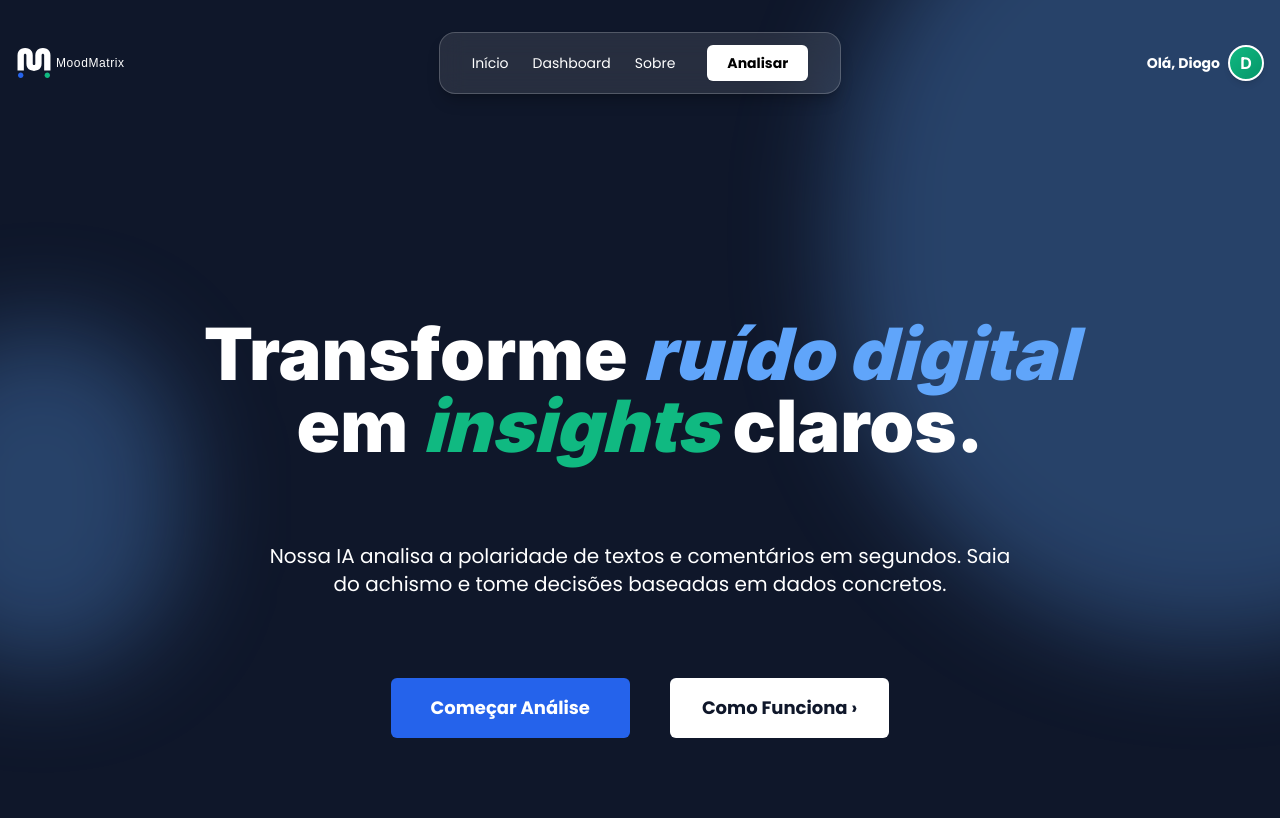
Repository: Hackaton-ONE/hackathon-Frontend
Page: /
An editor plug-in stored every save of this project. The page is shown before and after the next save, followed by the edit.
The browser window is 1280 px wide. The pictures show the whole page.
Some web fonts or font styles are not loaded; a fallback is used. The project was rebuilt for these pictures with package versions that can differ from the ones it lists, and the page was loaded fresh each time. The framework's server and built-in components were replaced by stand-ins that run in the browser. Also part of the build but not shown: next.config.ts.

Above is the page before, as saved 2026-01-02 13:05:54.

### app/layout.tsx
import type { Metadata } from "next";
import { Inter, Poppins, MuseoModerno } from "next/font/google"; // 1. Importar Poppins
import "./globals.css";


// 2. Configurar Inter
const inter = Inter({
  subsets: ["latin"],
  variable: "--font-inter",
});

// 3. Configurar Poppins (Pesos comuns: 400, 600, 700)
const poppins = Poppins({
  weight: ['400', '600', '700'],
  subsets: ["latin"],
  variable: "--font-poppins",
});

const museo = MuseoModerno({
  subsets: ["latin"],
  variable: "--font-museo",
  display: "swap",
});

export const metadata: Metadata = {
  title: "MoodMatrix",
  description: "Análise de sentimentos com IA",
};

export default function RootLayout({
  children,
}: Readonly<{

  children: React.ReactNode;
}>) {
  return (
    <html lang="pt-br">
      {/* 4. Adicionar ambas as variáveis no body */}
      <body className={`${inter.variable} ${poppins.variable} ${museo.variable} bg-mood-dark text-white font-sans antialiased`}>

        {children}
      </body>
    </html>
  );
}

### app/page.tsx
import { Navbar } from "@/components/Navbar";
import { HeroSection } from "../components/HeroSection";

export default function Home() {
  return (
    <main className="min-h-screen bg-mood-dark text-white selection:bg-neon-green selection:text-mood-dark overflow-x-hidden">
      {/* A Navbar já está no layout.tsx, então não precisa repetir aqui se já colocou lá */}
      <Navbar />
      <HeroSection />

      {/* Aqui virão as próximas seções (Tech Stack, Benefícios, etc.) */}

    </main>
  );
}

### app/globals.css
@tailwind base;
@tailwind components;
@tailwind utilities;

/* Define o fundo padrão do site inteiro e a cor do texto */
body {
  background-color: #0F172A; /* mood.dark */
  color: #ffffff;
  min-height: 100vh;
}

/* Utilitário para o efeito de Vidro (Glassmorphism) */
.glass {
  background: rgba(30, 41, 59, 0.4); /* mood.gray com transparência */
  backdrop-filter: blur(12px);
  -webkit-backdrop-filter: blur(12px);
  border: 1px solid rgba(255, 255, 255, 0.1);
}

/* === PERSONALIZAÇÃO DA BARRA DE ROLAGEM === */

/* 1. Define a largura da barra */
::-webkit-scrollbar {
  width: 8px;
  height: 8px;
}

/* 2. Remove o fundo (Track) */
::-webkit-scrollbar-track {
  background: transparent;
}

/* 3. Cor da barra (Thumb)*/
::-webkit-scrollbar-thumb {
  background-color: #2563EB;
  border-radius: 9999px;
}

/* 4. Efeito ao passar o mouse */
::-webkit-scrollbar-thumb:hover {
  background-color: #60A5FA; /* blue-light */
}

/* 5. Remove as setas (Buttons) */
::-webkit-scrollbar-button {
  display: none;
}

### components/Navbar.tsx
"use client";

import Link from "next/link";
import { useState } from "react";
import { Menu, X } from "lucide-react";
import Image from "next/image";

// Componente NavLink (Link com sublinhado azul)
const NavLink = ({ href, children }: { href: string; children: React.ReactNode }) => (
  <Link
    href={href}
    className="relative group text-white transition-colors font-medium text-sm"
  >
    {children}
    <span className="absolute -bottom-1 left-0 w-0 h-[2px] bg-blue-default transition-all duration-300 ease-out group-hover:w-full" />
  </Link>
);

export function Navbar() {
  const [isOpen, setIsOpen] = useState(false);

  return (
    // Container Principal
    <div className="relative top-0 left-0 w-full z-10 px-4 py-8">

      <div className="max-w-[1600px] mx-auto flex justify-between items-center lg:grid lg:grid-cols-3">

        {/* =======================
            1. LOGO (Coluna 1 - Alinhado à Esquerda)
           ======================= */}
        <div className="flex justify-start">
          <Link href="/" className="flex items-center gap-1 z-50 group">
            <div className="relative w-8 h-8 lg:w-9 lg:h-9 flex items-center justify-center">
              <Image
                src="/logo.svg"
                alt="Logo MoodMatrix"
                fill
                className="object-contain"
              />
            </div>

            <span className="text-white font-medium text-xs font-museo tracking-wider">
              Mood<span>Matrix</span>
            </span>
          </Link>
        </div>

        {/* =======================
            2. PÍLULA CENTRAL (Coluna 2)
            MUDANÇA: 'hidden lg:flex'
            (Escondido em Tablet/Mobile, Flex em Notebook+)
           ======================= */}
        <div className="hidden lg:flex justify-center">
          <nav className="flex items-center gap-8 pl-8 pr-8 py-3 rounded-2xl bg-white/10 backdrop-blur-md border border-white/20 shadow-lg shadow-black/20">
            {/* Links */}
            <div className="flex items-center gap-6 font-poppins font-bold">
              <NavLink href="/">Início</NavLink>
              <NavLink href="/dashboard">Dashboard</NavLink>
              <NavLink href="#sobre">Sobre</NavLink>
            </div>

            {/* Botão Analisar */}
            <Link href="/analisar">
              <button className="bg-white hover:bg-neon-orange text-black font-poppins font-bold text-sm px-5 py-2 rounded-md transition-all duration-200 shadow-sm hover:shadow-md">
                Analisar
              </button>
            </Link>
          </nav>
        </div>

        {/* =======================
            3. AVATAR / MENU (Coluna 3 - Alinhado à Direita)
           ======================= */}
        <div className="flex justify-end items-center gap-4 z-50">

          {/* Avatar (Desktop) */}
          <div className="hidden lg:flex items-center gap-2 pl-4">
            <div className="text-right hidden lg:block">
              <p className="font-poppins text-sm font-bold text-white">Olá, Diogo</p>
            </div>
            <div className="w-9 h-9 rounded-full bg-gradient-to-br from-neon-green to-emerald-600 flex items-center justify-center text-white font-bold border-2 border-white shadow-md">
              D
            </div>
          </div>

          {/* Botão Hambúrguer (Mobile) */}
          <button
            onClick={() => setIsOpen(!isOpen)}
            className="lg:hidden text-white hover:text-neon-blue transition p-1"
          >
            {isOpen ? <X size={28} /> : <Menu size={28} />}
          </button>
        </div>

      </div>

      {/* =======================
          4. MENU MOBILE DROPDOWN
         ======================= */}
      {isOpen && (
        <div className="lg:hidden absolute top-24 left-4 right-4 z-10 bg-mood-dark/95 backdrop-blur-xl border border-white/10 rounded-2xl p-4 shadow-2xl animate-in fade-in slide-in-from-top-5">

          <div className="flex flex-col space-y-1">
            <Link href="/" onClick={() => setIsOpen(false)} className="block px-4 py-3 text-white/90 hover:text-white hover:bg-blue-default rounded-lg transition-colors text-sm font-medium">
              Início
            </Link>
            <Link href="/dashboard" onClick={() => setIsOpen(false)} className="block px-4 py-3 text-white/90 hover:text-white hover:bg-blue-default rounded-lg transition-colors text-sm font-medium">
              Dashboard
            </Link>
            <Link href="#sobre" onClick={() => setIsOpen(false)} className="block px-4 py-3 text-white/90 hover:text-white hover:bg-blue-default rounded-lg transition-colors text-sm font-medium">
              Sobre
            </Link>
          </div>

          <div className="my-3 border-t border-white/10" />

          <Link href="/analisar" onClick={() => setIsOpen(false)}>
            <button className="w-full bg-white hover:bg-neon-orange text-mood-dark border border-white/20 font-poppins font-bold text-sm py-3 rounded-lg transition-all duration-200">
              Analisar
            </button>
          </Link>

          <div className="mt-4 pt-4 border-t border-white/10 flex items-center gap-3">
            <div className="w-8 h-8 rounded-full bg-gradient-to-br from-neon-green to-emerald-600 flex items-center justify-center text-white font-bold text-xs">
              D
            </div>
            <div>
              <p className="text-sm font-bold text-white">Diogo</p>
              <p className="text-xs text-gray-400">diogo@exemplo.com</p>
            </div>
          </div>

        </div>
      )}
    </div>
  );
}

### components/HeroSection.tsx
import Link from "next/link";
import { Button } from "./Button"; // Importando seu botão personalizado

export function HeroSection() {
  return (
    <section className="relative pt-32 lg:pt-48 pb-20 px-4">

      {/* =========================================
          ELEMENTOS DECORATIVOS DE FUNDO (GLOWS)
          ========================================= */}

{/* 1. ELIPSE MAIOR (Direita/Topo)
          x: 946.5, y: -78.06 -> right-0 top-[-78px] (Ajustado para responsivo)
          w: 743.5, h: 817.56 -> w-[743px] h-[817px]
          fill: 60A5FA 30% -> bg-blue-light/30
          blur: 160 -> blur-[160px]
      */}
      <div
        className="
          absolute
          top-[-500px] xl:top-[-300px] lg:top-[-250px]
          right-[-600px] lg:right-[-100px] xl:right-[-300px] /* Ajuste fino para telas diferentes */
          w-[743px]
          h-[817px]
          bg-blue-light/30
          blur-[50px]
          rounded-full
          z-100
          pointer-events-none
        "
      />

      {/* 2. ELIPSE MENOR (Esquerda/Baixo)
          x: -90, y: 546 -> left-[-90px] top-[546px]
          w: 282, h: 343 -> w-[282px] h-[343px]
          fill: 60A5FA 30% -> bg-blue-light/30
          blur: 160 -> blur-[160px]
      */}
      <div
        className="
          absolute
          top-[300px] lg:top-[200px] 2xl:top-[400px]
          left-[-200px] lg:left-[-100px] 2xl:left-[-100px]
          w-[282px]
          h-[343px]
          bg-blue-light/30
          blur-[50px]
          rounded-full
          z-100
          pointer-events-none
        "
      />


      {/* =========================================
          CONTEÚDO PRINCIPAL
          ========================================= */}
      <div className="relative z-100 max-w-7xl mx-auto text-center flex flex-col items-center">

        {/* TÍTULO */}
        <h1 className="font-inter font-black text-4xl md:text-6xl lg:text-7xl 2xl:text-8xl leading-tight text-white mb-8 md:mb-14 lg:mb-20 max-w-7xl">
          Transforme <span className="italic text-blue-light">ruído digital</span> <br className="hidden md:block" />
          em <span className="italic text-neon-green">insights</span> claros.
        </h1>

        {/* SUBTÍTULO */}
        <p className="font-poppins font-light text-white text-base md:text-xl mb-8 md:mb-14 lg:mb-20 max-w-3xl">
          Nossa IA analisa a polaridade de textos e comentários em segundos. Saia do achismo e tome decisões baseadas em dados concretos.
        </p>

        {/* BOTÕES DE AÇÃO (CTA) */}
        <div className="flex flex-col sm:flex-row gap-10 w-full sm:w-auto">
          <Link href="/analisar">
            <Button variant="primary" className="w-full sm:w-auto text-lg px-8 lg:px-10 py-4 bg-blue-default hover:bg-neon-green font-poppins">
              Começar Análise
            </Button>
          </Link>

          <Link href="#como-funciona">
            <Button variant="outline" className="w-full sm:w-auto text-lg px-8 py-4 bg-white  font-poppins">
              Como Funciona ›
            </Button>
          </Link>
        </div>

      </div>
    </section>
  );
}

### components/Button.tsx
import React from "react";

interface ButtonProps extends React.ButtonHTMLAttributes<HTMLButtonElement> {
  variant?: "primary" | "outline" | "ghost";
  children: React.ReactNode;
}

export function Button({ variant = "primary", className = "", children, ...props }: ButtonProps) {

  const baseStyles = "px-6 py-3 rounded-md font-bold transition-all duration-200 flex items-center justify-center gap-2 active:scale-[0.98]";

  const variants = {
    primary: "text-white active:translate-y-1",

    // Outline (Borda simples)
    outline: "text-mood-dark",

    // Ghost (Transparente)
    ghost:   "bg-transparent text-gray-400 hover:text-white hover:bg-white/5",
  };

  return (
    <button
      className={`${baseStyles} ${variants[variant]} ${className}`}
      {...props}
    >
      {children}
    </button>
  );
}

### tailwind.config.ts
/** @type {import('tailwindcss').Config} */
const config = {
  // Configuração de onde o Tailwind procura as classes
  content: [
    "./app/**/*.{js,ts,jsx,tsx,mdx}",
    "./pages/**/*.{js,ts,jsx,tsx,mdx}",
    "./components/**/*.{js,ts,jsx,tsx,mdx}",
    "./src/app/**/*.{js,ts,jsx,tsx,mdx}",
    "./src/pages/**/*.{js,ts,jsx,tsx,mdx}",
    "./src/components/**/*.{js,ts,jsx,tsx,mdx}",
  ],
  theme: {
    extend: {
      colors: {
        white: "#FFFFFF",
        mood: {
          dark: "#0F172A", // Fundo Azul Escuro
          nav: "#FFFFFF",  // Base para Navbar
        },
        blue: {
          light: "#60A5FA",   // Azul Claro
          default: "#2563EB", // Azul Padrão
          dark: "#1E3A8A",    // Azul Escuro
        },
        neon: {
          green: "#10B981",
          red: "#B91C1C",
          orange: "#F59E0B",
        },
      },
      fontFamily: {
        sans: ['var(--font-inter)', 'sans-serif'],
        poppins: ['var(--font-poppins)', 'sans-serif'],
        museo: ['var(--font-museo)', 'sans-serif'],
      },
      backgroundImage: {
        // Gradientes de Seta e Barra de Progresso
        'gradient-pos': 'linear-gradient(to right, #2563EB, #10B981)',
        'gradient-neg': 'linear-gradient(to right, #B91C1C, #F59E0B)',

        // Gradientes Sutis para os Cards (Glassmorphism)
        'card-blue': 'linear-gradient(180deg, rgba(255, 255, 255, 0) 0%, rgba(96, 165, 250, 0.05) 100%)',
        'card-green': 'linear-gradient(180deg, rgba(255, 255, 255, 0) 0%, rgba(16, 185, 129, 0.05) 100%)',
        'card-red': 'linear-gradient(180deg, rgba(255, 255, 255, 0) 0%, rgba(185, 28, 28, 0.05) 100%)',
        'card-orange': 'linear-gradient(180deg, rgba(255, 255, 255, 0) 0%, rgba(245, 158, 11, 0.05) 100%)', // NOVO
      }
    },
  },
  plugins: [],
};

export default config;

After the next save:
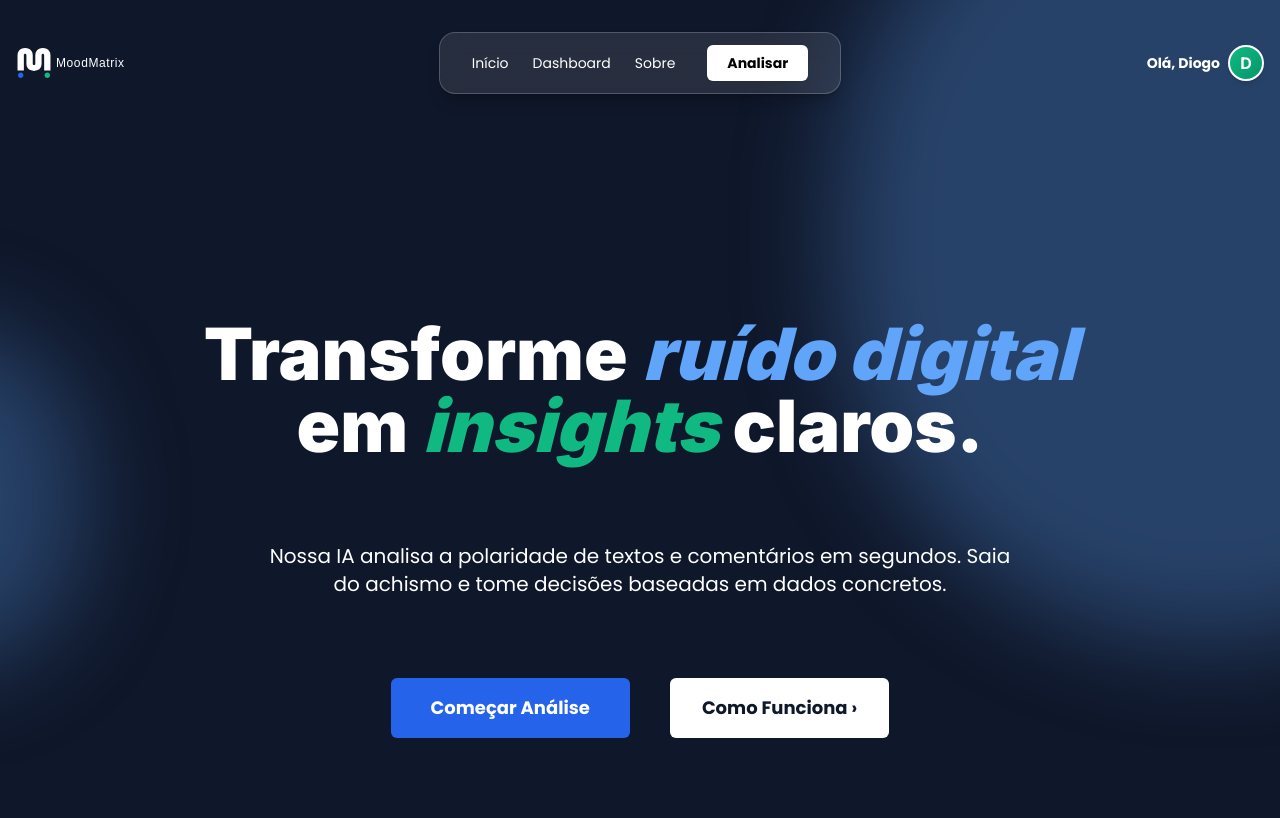
Saved 6 s later.
--- a/components/HeroSection.tsx
+++ b/components/HeroSection.tsx
@@ -40,7 +40,7 @@
         className="
           absolute
           top-[300px] lg:top-[200px] 2xl:top-[400px]
-          left-[-200px] lg:left-[-100px] 2xl:left-[-100px]
+          left-[-200px]  2xl:left-[-100px]
           w-[282px]
           h-[343px]
           bg-blue-light/30

After the save that followed:
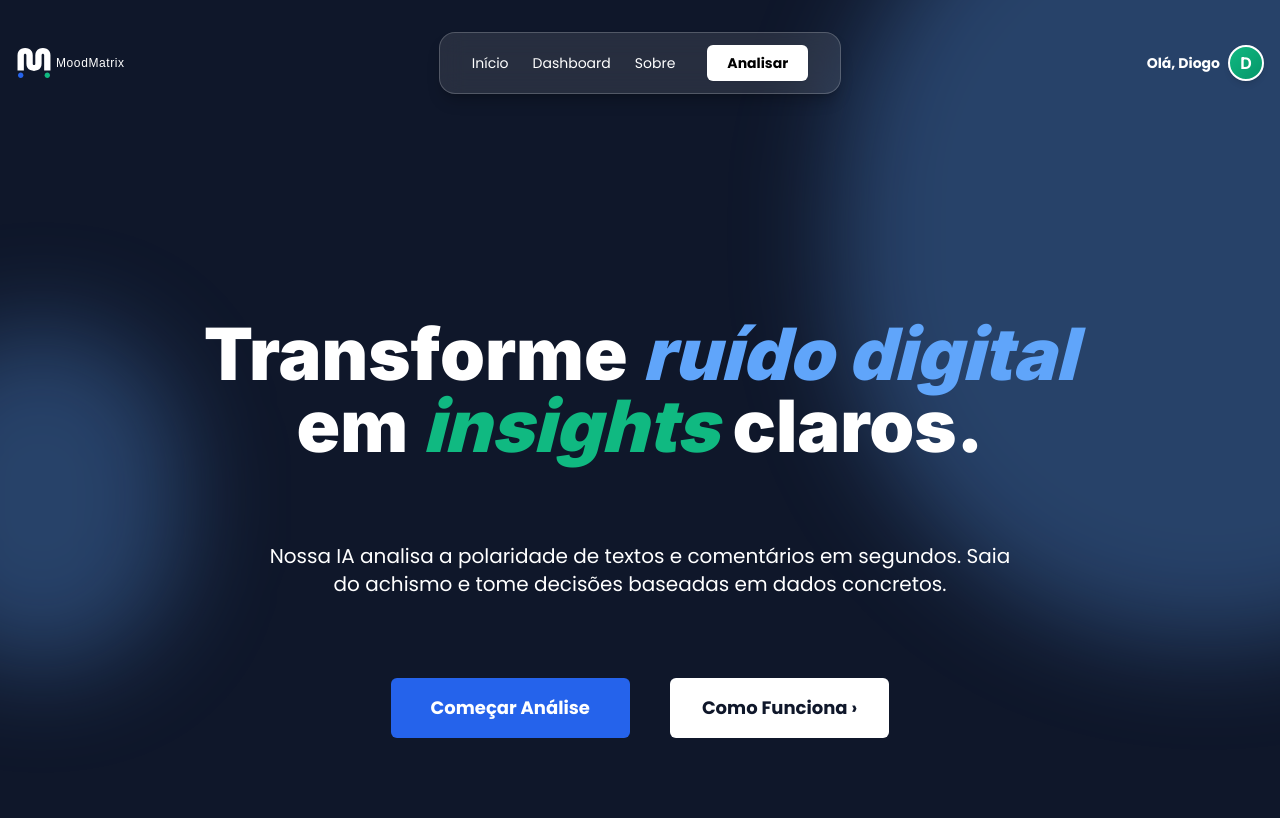
Saved 4 s later.
--- a/components/HeroSection.tsx
+++ b/components/HeroSection.tsx
@@ -40,7 +40,7 @@
         className="
           absolute
           top-[300px] lg:top-[200px] 2xl:top-[400px]
-          left-[-200px]  2xl:left-[-100px]
+          left-[-200px] lg:left-[-100px] 2xl:left-[-100px]
           w-[282px]
           h-[343px]
           bg-blue-light/30
